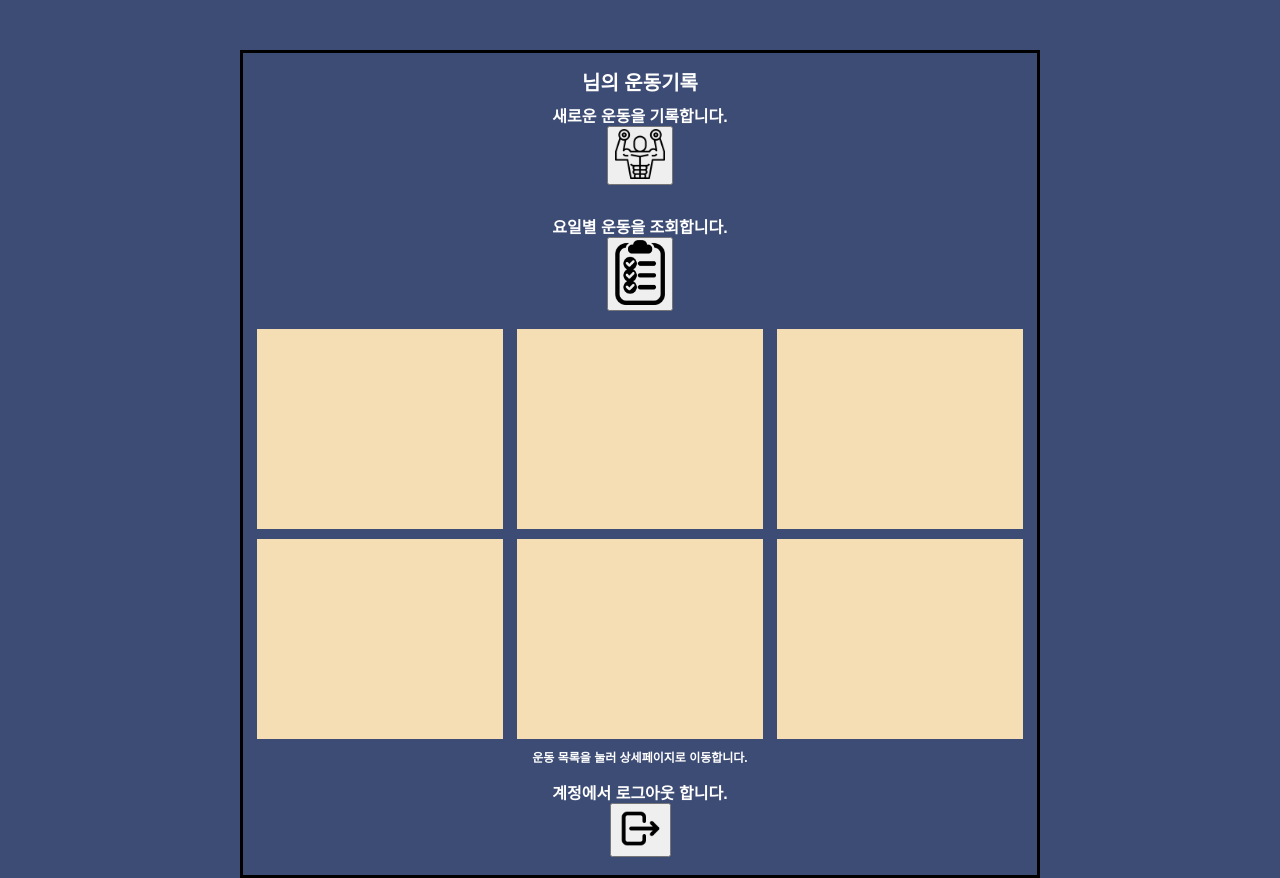
Repository: Up-Min/hrdkorea
Page: http://localhost/jsp_workout/main.jsp
These files come from the project's save history. The page is drawn as it stood at one moment and after the next save; the edit follows.
The browser window is 1280 px wide. The pictures show the whole page.
The page is served by Tomcat 9. Other server files are loaded and not shown. The template is opened directly, without the code that normally fills it, so the values that code supplies are empty.

Above is the page before, as saved 2023-01-02 06:35:44.

### jsp_workout/src/main/webapp/main.jsp
<%@page
	import="org.apache.commons.collections.bag.SynchronizedSortedBag"%>
<%@ page language="java" contentType="text/html; charset=UTF-8"
	pageEncoding="UTF-8"%>
<%@ taglib prefix="c" uri="http://java.sun.com/jsp/jstl/core"%>
<%-- <%@ page import="java.util.*"%>
<%@ page import="DTO.*"%>

<%
List<workout> list1 = (List)request.getAttribute("wklist0");
List<workout> list2 = (List)request.getAttribute("wklist1");
List<workout> list3 = (List)request.getAttribute("wklist2");
List<workout> list4 = (List)request.getAttribute("wklist3");
List<workout> list5 = (List)request.getAttribute("wklist4");
List<workout> list6 = (List)request.getAttribute("wklist5");

%> --%>

<!DOCTYPE html>
<html>
<head>
<meta charset="UTF-8">
<title>Insert title here</title>
<link rel="stylesheet" href="./css/style.css" />
<link rel="stylesheet"
	href="./library/fontawesome-free-6.2.0-web/css/all.min.css">
</head>
<style>
.top {
	text-align: center;
}

.all {
	width: 800px;
	text-align: center;
	color: white;
	border: 3px solid black;
	margin: 0 auto;
	margin-top: 50px;
}

.title {
	margin: 3px;
	font-size: 20px;
}

td {
	padding: 5px;
	font-size: 15px;
	text-align: center;
	margin-left: 3px;
}

hr {
	border: 0px;
}

ul{
list-style: none;
display: flex;
padding: 0;
flex-wrap: wrap;
justify-content: center;
}

li{
margin-left : 7px;
margin-right : 7px;
width: 31%;
margin-bottom: 10px;
height: 200px;
background-color: wheat;
color: black;
}

.wlist{
text-align: center;
margin: 0 auto;
margin-left: 5px;
}

li:hover {
	cursor: pointer;
}

button:hover {
	cursor: pointer;
}

.bla {
	font-size: 12px;
}
</style>
<body style="background-color: rgba(40, 57, 101, .9);">

	<div class="top">




		<div class="all">
			<div class="title">
				<br> <span>${id}님의 운동기록</span> <br>
			</div>
			<hr>
			<div class="content">
				<div class="startwk">
					<form action="start" method="post">
						<input type="hidden" name="id" value="${id}"> <input
							type="hidden" name="num" value="${num}"> <input
							type="hidden" name="pwd" value="${pwd}">
						<p>새로운 운동을 기록합니다.</p>
						<button onclick="chk_form(); return false;">
							<img alt="운동기록" src="./img/workout.png" width="50px">
						</button>
					</form>
				</div>
				<br>
				<hr>
				<div class="listwk">
					<form action="getwk" method="post">
						<input type="hidden" name="id" value="${id}"> <input
							type="hidden" name="num" value="${num}"> <input
							type="hidden" name="pwd" value="${pwd}">
						<p>요일별 운동을 조회합니다.</p>
						<button onclick="chk_form(); return false;">
							<img alt="운동조회" src="./img/list.png" width="50px">
						</button>
					</form>
					<br>
					<ul>

						<li>
							<form action="tolist" method="post">
								<div class="wlist list0">
									<input type="hidden" name="id" value="${id}"> <input
										type="hidden" name="num" value="${num}"> <input
										type="hidden" name="pwd" value="${pwd}"> <input
										type="hidden" name="list" value="${wklist0}">
									<table>
										<c:forEach items="${wklist0}" var="w" varStatus="status">
											<input type=hidden name="${w.wk_number}"
												value="${w.wk_number}">
											<!-- jstl쓰면 굳이 request쓸 필요 없다. (Board board : boardList) -->
											<tr
												onclick="location.href = 'tolist?user_id=${id}&user_pwd=${pwd}&user_num=${num}&wk_no=${w.wk_number}'">
												<td>${w.wk_date}</td>
												<td>${w.ex_name}</td>
											</tr>
										</c:forEach>
									</table>
								</div>
							</form>
						</li>
						<li>
							<form action="tolist" method="post">
								<div class="wlist list1">
									<input type="hidden" name="id" value="${id}"> <input
										type="hidden" name="num" value="${num}"> <input
										type="hidden" name="pwd" value="${pwd}"> <input
										type="hidden" name="list" value="${wklist1}">
									<table>
										<c:forEach items="${wklist1}" var="w" varStatus="status">
											<input type=hidden name="${w.wk_number}"
												value="${w.wk_number}">
											<!-- jstl쓰면 굳이 request쓸 필요 없다. (Board board : boardList) -->
											<tr
												onclick="location.href = 'tolist?user_id=${id}&user_pwd=${pwd}&user_num=${num}&wk_no=${w.wk_number}'">
												<td>${w.wk_date}</td>
												<td>${w.ex_name}</td>
											</tr>
										</c:forEach>
									</table>
								</div>
							</form>
						</li>
						<li>
							<form action="tolist" method="post">
								<div class="wlist list2">
									<input type="hidden" name="id" value="${id}"> <input
										type="hidden" name="num" value="${num}"> <input
										type="hidden" name="pwd" value="${pwd}"> <input
										type="hidden" name="list" value="${wklist2}">
									<table>
										<c:forEach items="${wklist2}" var="w" varStatus="status">
											<input type=hidden name="${w.wk_number}"
												value="${w.wk_number}">
											<!-- jstl쓰면 굳이 request쓸 필요 없다. (Board board : boardList) -->
											<tr
												onclick="location.href = 'tolist?user_id=${id}&user_pwd=${pwd}&user_num=${num}&wk_no=${w.wk_number}'">
												<td>${w.wk_date}</td>
												<td>${w.ex_name}</td>
											</tr>
										</c:forEach>
									</table>
								</div>
							</form>
						</li>
						<li>
							<form action="tolist" method="post">
								<div class="wlist list3">
									<input type="hidden" name="id" value="${id}"> <input
										type="hidden" name="num" value="${num}"> <input
										type="hidden" name="pwd" value="${pwd}"> <input
										type="hidden" name="list" value="${wklist3}">
									<table>
										<c:forEach items="${wklist3}" var="w" varStatus="status">
											<input type=hidden name="${w.wk_number}"
												value="${w.wk_number}">
											<!-- jstl쓰면 굳이 request쓸 필요 없다. (Board board : boardList) -->
											<tr
												onclick="location.href = 'tolist?user_id=${id}&user_pwd=${pwd}&user_num=${num}&wk_no=${w.wk_number}'">
												<td>${w.wk_date}</td>
												<td>${w.ex_name}</td>
											</tr>
										</c:forEach>
									</table>
								</div>
							</form>
						</li>
						<li>
							<form action="tolist" method="post">
								<div class="wlist list4">
									<input type="hidden" name="id" value="${id}"> <input
										type="hidden" name="num" value="${num}"> <input
										type="hidden" name="pwd" value="${pwd}"> <input
										type="hidden" name="list" value="${wklist4}">
									<table>
										<c:forEach items="${wklist4}" var="w" varStatus="status">
											<input type=hidden name="${w.wk_number}"
												value="${w.wk_number}">
											<!-- jstl쓰면 굳이 request쓸 필요 없다. (Board board : boardList) -->
											<tr
												onclick="location.href = 'tolist?user_id=${id}&user_pwd=${pwd}&user_num=${num}&wk_no=${w.wk_number}'">
												<td>${w.wk_date}</td>
												<td>${w.ex_name}</td>
											</tr>
										</c:forEach>
									</table>
								</div>
							</form>
						</li>
						<li>
							<form action="tolist" method="post">
								<div class="wlist list5">
									<input type="hidden" name="id" value="${id}"> <input
										type="hidden" name="num" value="${num}"> <input
										type="hidden" name="pwd" value="${pwd}"> <input
										type="hidden" name="list" value="${wklist5}">
									<table>
										<c:forEach items="${wklist5}" var="w" varStatus="status">
											<input type=hidden name="${w.wk_number}"
												value="${w.wk_number}">
											<!-- jstl쓰면 굳이 request쓸 필요 없다. (Board board : boardList) -->
											<tr
												onclick="location.href = 'tolist?user_id=${id}&user_pwd=${pwd}&user_num=${num}&wk_no=${w.wk_number}'">
												<td>${w.wk_date}</td>
												<td>${w.ex_name}</td>
											</tr>
										</c:forEach>
									</table>
								</div>
							</form>
						</li>
					</ul>
					<p class="bla">운동 목록을 눌러 상세페이지로 이동합니다.</p>
					<br>
					<p>계정에서 로그아웃 합니다.</p>
					<div class="logout-btn">
						<button onclick="logout(); return false;">
							<img alt="로그아웃" src="./img/logout.png" width="45px">
						</button>
					</div>
					<br>


				</div>
			</div>
		</div>
	</div>

	<%-- 	<form action="tolist" method="post">





		<input type="hidden" name="id" value="${id}"> <input
			type="hidden" name="num" value="${num}">
		<p>회원아이디 ${id} 님.
		<p>전체 운동을 조회합니다.</p>
		<button onclick="chk_form(); return false;">버튼 테스트</button>
	</form> --%>



	<%-- 	<table>
		<c:forEach items="${wklist1}" var="w" varStatus="status">
			<input type=hidden value="${w.wk_number}">
			<!-- jstl쓰면 굳이 request쓸 필요 없다. (Board board : boardList) -->
			<tr>
				<td>${w.wk_date}</td>
				<td>${w.wk_part}</td>
				<td>${w.ex_name}</td>
				<td>${w.ex_weight}</td>
				<td>${w.ex_reps}</td>
				<td>${w.ex_sets}</td>
			</tr>
		</c:forEach>
	</table>
		<table>
		<c:forEach items="${wklist2}" var="w" varStatus="status">
			<input type=hidden value="${w.wk_number}">
			<!-- jstl쓰면 굳이 request쓸 필요 없다. (Board board : boardList) -->
			<tr>
				<td>${w.wk_date}</td>
				<td>${w.wk_part}</td>
				<td>${w.ex_name}</td>
				<td>${w.ex_weight}</td>
				<td>${w.ex_reps}</td>
				<td>${w.ex_sets}</td>
			</tr>
		</c:forEach>
	</table>
		<table>
		<c:forEach items="${wklist3}" var="w" varStatus="status">
			<input type=hidden value="${w.wk_number}">
			<!-- jstl쓰면 굳이 request쓸 필요 없다. (Board board : boardList) -->
			<tr>
				<td>${w.wk_date}</td>
				<td>${w.wk_part}</td>
				<td>${w.ex_name}</td>
				<td>${w.ex_weight}</td>
				<td>${w.ex_reps}</td>
				<td>${w.ex_sets}</td>
			</tr>
		</c:forEach>
	</table>
		<table>
		<c:forEach items="${wklist4}" var="w" varStatus="status">
			<input type=hidden value="${w.wk_number}">
			<!-- jstl쓰면 굳이 request쓸 필요 없다. (Board board : boardList) -->
			<tr>
				<td>${w.wk_date}</td>
				<td>${w.wk_part}</td>
				<td>${w.ex_name}</td>
				<td>${w.ex_weight}</td>
				<td>${w.ex_reps}</td>
				<td>${w.ex_sets}</td>
			</tr>
		</c:forEach>
	</table>
		<table>
		<c:forEach items="${wklist5}" var="w" varStatus="status">
			<input type=hidden value="${w.wk_number}">
			<!-- jstl쓰면 굳이 request쓸 필요 없다. (Board board : boardList) -->
			<tr>
				<td>${w.wk_date}</td>
				<td>${w.wk_part}</td>
				<td>${w.ex_name}</td>
				<td>${w.ex_weight}</td>
				<td>${w.ex_reps}</td>
				<td>${w.ex_sets}</td>

			</tr>
		</c:forEach>
	</table>


 --%>
	<script type="text/javascript" src="./script.js"></script>
</body>
</html>

### jsp_workout/src/main/webapp/css/style.css
@charset "UTF-8";
@import url('./reset.css');

* { box-sizing: border-box; }
.video-background {
  background: #000;
  position: fixed;
  top: 0; right: 0; bottom: 0; left: 0;
  z-index: -99;
}
.video-foreground,
.video-background iframe {
  position: absolute;
  top: 0;
  left: 0;
  width: 100%;
  height: 100%;
  pointer-events: none;
}
#vidtop-content {
    top: 0;
    color: #fff;
}
.vid-info { position: absolute; top: 0; right: 0; width: 33%; background: rgba(0,0,0,0.3); color: #fff; padding: 1rem; font-family: Avenir, Helvetica, sans-serif; }
.vid-info h1 { font-size: 2rem; font-weight: 700; margin-top: 0; line-height: 1.2; }
.vid-info a { display: block; color: #fff; text-decoration: none; background: rgba(0,0,0,0.5); transition: .6s background; border-bottom: none; margin: 1rem auto; text-align: center; }
@media all and (max-width: 600px) {
.vid-info { width: 50%; padding: .5rem; }
.vid-info h1 { margin-bottom: .2rem; }
}
@media all and (max-width: 500px) {
.vid-info .acronym { display: none; }
}

*,:after,:before{box-sizing:border-box}
.clearfix:after,.clearfix:before{content:'';display:table}
.clearfix:after{clear:both;display:block}
a{color:inherit;text-decoration:none}

.login-wrap{
  width:100%;
  margin:auto;
  max-width:525px;
  min-height:670px;
  position:relative;
  box-shadow:0 12px 15px 0 rgba(0,0,0,.24),0 17px 50px 0 rgba(0,0,0,.19);
}
.login-html{
  width:100%;
  height:100%;
  position:absolute;
  padding:90px 70px 50px 70px;
  background:rgba(40,57,101,.9);
}
.login-html .sign-in-htm,
.login-html .sign-up-htm{
  top:0;
  left:0;
  right:0;
  bottom:0;
  position:absolute;
  transform:rotateY(180deg);
  backface-visibility:hidden;
  transition:all .4s linear;
}
.login-html .sign-in,
.login-html .sign-up,
.login-form .group .check{
  display:none;
}
.login-html .tab,
.login-form .group .label,
.login-form .group .button{
  text-transform:uppercase;
}
.login-html .tab{
  font-size:22px;
  margin-right:15px;
  padding-bottom:5px;
  margin:0 15px 10px 0;
  display:inline-block;
  border-bottom:2px solid transparent;
}
.login-html .sign-in:checked + .tab,
.login-html .sign-up:checked + .tab{
  color:#fff;
  border-color:#1161ee;
}
.login-form{
  min-height:345px;
  position:relative;
  perspective:1000px;
  transform-style:preserve-3d;
}
.login-form .group{
  margin-bottom:15px;
}
.login-form .group .label,
.login-form .group .input,
.login-form .group .button{
  width:100%;
  color:#fff;
  display:block;
}
.login-form .group .input,
.login-form .group .button{
  border:none;
  padding:15px 20px;
  border-radius:25px;
  background:rgba(255,255,255,.1);
}
.login-form .group input[data-type="password"]{
  text-security:circle;
  -webkit-text-security:circle;
}
.login-form .group .label{
  color:#aaa;
  font-size:12px;
}
.login-form .group .button{
  background:#1161ee;
}
.login-form .group label .icon{
  width:15px;
  height:15px;
  border-radius:2px;
  position:relative;
  display:inline-block;
  background:rgba(255,255,255,.1);
}
.login-form .group label .icon:before,
.login-form .group label .icon:after{
  content:'';
  width:10px;
  height:2px;
  background:#fff;
  position:absolute;
  transition:all .2s ease-in-out 0s;
}
.login-form .group label .icon:before{
  left:3px;
  width:5px;
  bottom:6px;
  transform:scale(0) rotate(0);
}
.login-form .group label .icon:after{
  top:6px;
  right:0;
  transform:scale(0) rotate(0);
}
.login-form .group .check:checked + label{
  color:#fff;
}
.login-form .group .check:checked + label .icon{
  background:#1161ee;
}
.login-form .group .check:checked + label .icon:before{
  transform:scale(1) rotate(45deg);
}
.login-form .group .check:checked + label .icon:after{
  transform:scale(1) rotate(-45deg);
}
.login-html .sign-in:checked + .tab + .sign-up + .tab + .login-form .sign-in-htm{
  transform:rotate(0);
}
.login-html .sign-up:checked + .tab + .login-form .sign-up-htm{
  transform:rotate(0);
}

body{
  margin:0;
  color:#6a6f8c;
  background:#c8c8c8;
  font:600 16px/18px 'Open Sans',sans-serif;
}

.all{
	top : 100px;
	width: 800px;

}

ul{
	list-style: none;
}

tr:hover{
	cursor: pointer;
}

.hr{
  height:2px;
  margin:60px 0 50px 0;
  background:rgba(255,255,255,.2);
}
.foot-lnk{
  text-align:center;
}

### jsp_workout/src/main/webapp/script.js

function signup() {
	var f = document.signup_form;

	if (f.user_id == '') {
		alert("아이디를 입력해 주십시오.");
		return false;
	}
	if (f.user_pwd == '') {
		alert("비밀번호를 입력해 주십시오.");
		return false;
	}
	if (f.user_email == '') {
		alert("이메일 주소를 입력해 주십시오.");
		return false;
	}
	alert("회원가입이 완료 되었습니다.");
	f.submit();
}

function insert() {
	alert("운동 기록이 완료 되었습니다.");
	submit();
}

function chk_delete() {
	const result = confirm("정말 삭제하시겠습니까?");
	if(result){
		alert("삭제가 완료 되었습니다.");
	 submit();
	}
	return false;
}

function chk_cancel(user_id, user_pwd) {
	const result = confirm("하시던 운동을 취소하시겠습니까?");
	if (result) {
		location.href = "/jsp_workout/signin?user_id="+user_id+"&user_pwd="+user_pwd;
	} else {
		return false;
	}
}

function update() {
 	alert("수정이 완료 되었습니다.");
 	submit();
}


function logout(){
	alert("! 로그아웃이 완료 되었습니다 !");
	location.href="/jsp_workout/index";
}

### jsp_workout/src/main/webapp/css/reset.css
/* 홈페이지 초기화 reset.css */

/* http://meyerweb.com/eric/tools/css/reset/
   v2.0 | 20110126
   License: none (public domain)
*/

html, body, div, span, applet, object, iframe,
h1, h2, h3, h4, h5, h6, p, blockquote, pre,
a, abbr, acronym, address, big, cite, code,
del, dfn, em, img, ins, kbd, q, s, samp,
small, strike, strong, sub, sup, tt, var,
b, u, i, center,
dl, dt, dd, ol, ul, li,
fieldset, form, label, legend,
table, caption, tbody, tfoot, thead, tr, th, td,
article, aside, canvas, details, embed,
figure, figcaption, footer, header, hgroup,
menu, nav, output, ruby, section, summary,
time, mark, audio, video {
	margin: 0;
	padding: 0;
	border: 0;
	font-size: 100%;
	font: inherit;
	vertical-align: baseline;
	font-family: 'Jua', sans-serif;
}
/* HTML5 display-role reset for older browsers */
article, aside, details, figcaption, figure,
footer, header, hgroup, menu, nav, section {
	display: block;
}
body {
	line-height: 1;
}
ol, ul {
	list-style: none;
}
blockquote, q {
	quotes: none;
}
blockquote:before, blockquote:after,
q:before, q:after {
	content: '';
	content: none;
}
table {
	border-collapse: collapse;
	border-spacing: 0;
}

/* 추가 */

a { text-decoration: none !important;
	color: black;
}

header, footer, section {
	box-sizing:border-box;
}

iframe { /* 영상때문에 쓰임. 영상 크기 맞춰둠. */
	width: 100%;
}

Loaded but not shown: jsp_workout/src/main/webapp/library/fontawesome-free-6.2.0-web/css/all.min.css (library)

After the next save:
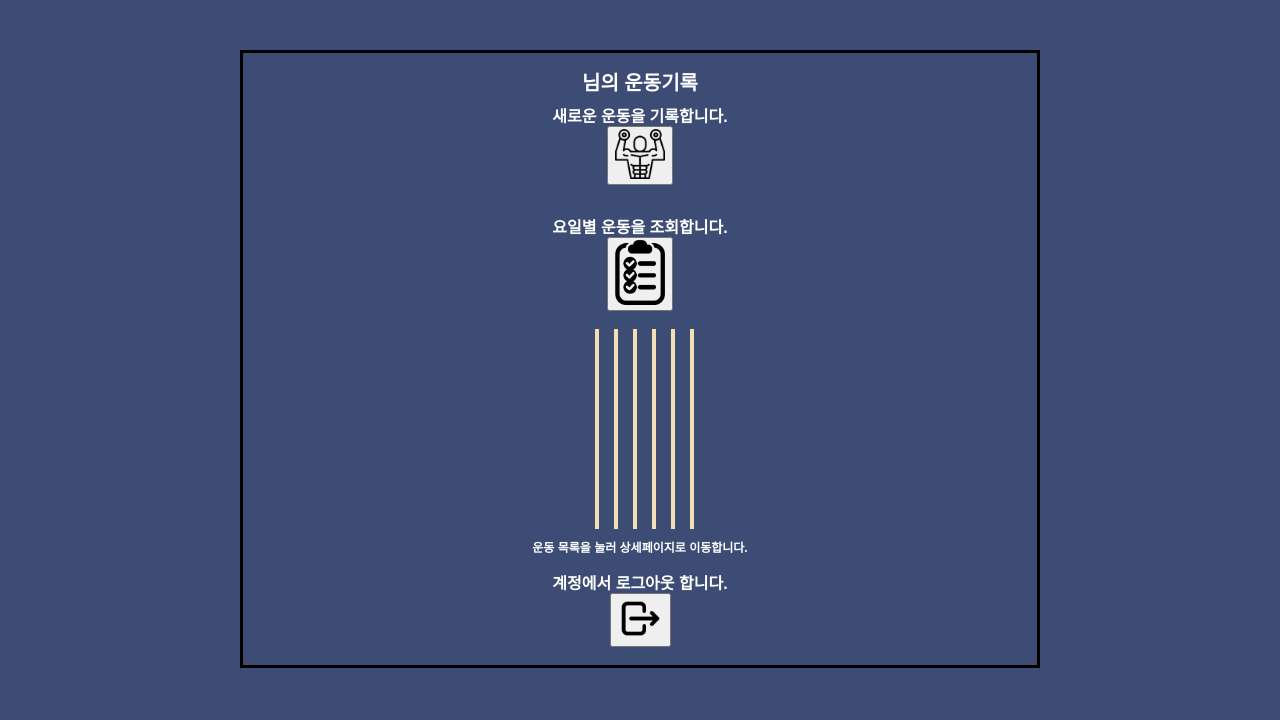
Saved 96 s later.
--- a/jsp_workout/src/main/webapp/main.jsp
+++ b/jsp_workout/src/main/webapp/main.jsp
@@ -64,6 +64,16 @@
 }
 
 li{
+/* margin-left : 7px;
+margin-right : 7px;
+width: 31%;
+margin-bottom: 10px;
+height: 200px;
+background-color: wheat;
+color: black;  */
+}
+
+table{
 margin-left : 7px;
 margin-right : 7px;
 width: 31%;

After the save that followed:
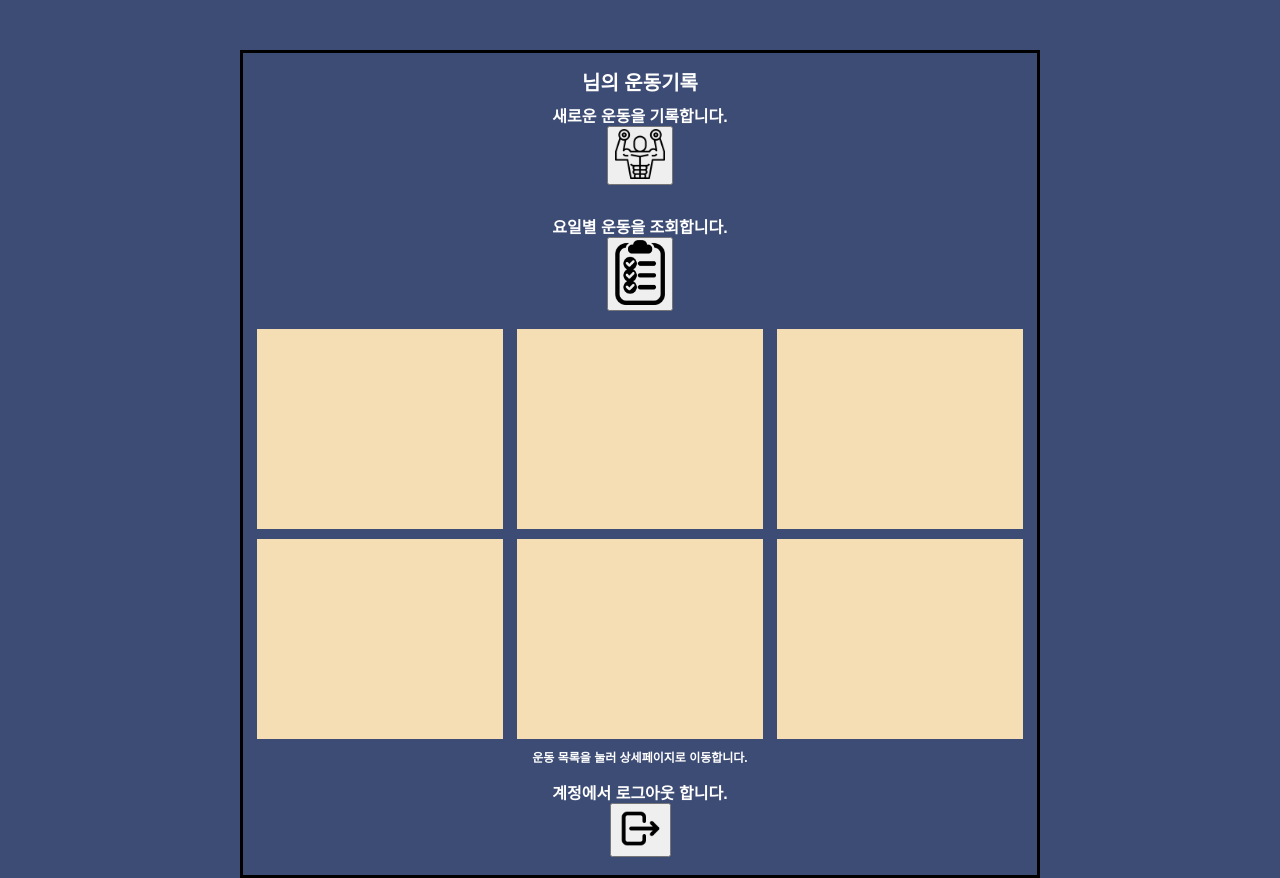
Saved 29 s later.
--- a/jsp_workout/src/main/webapp/main.jsp
+++ b/jsp_workout/src/main/webapp/main.jsp
@@ -64,16 +64,6 @@
 }
 
 li{
-/* margin-left : 7px;
-margin-right : 7px;
-width: 31%;
-margin-bottom: 10px;
-height: 200px;
-background-color: wheat;
-color: black;  */
-}
-
-table{
 margin-left : 7px;
 margin-right : 7px;
 width: 31%;
@@ -82,6 +72,7 @@
 background-color: wheat;
 color: black;
 }
+
 
 .wlist{
 text-align: center;
